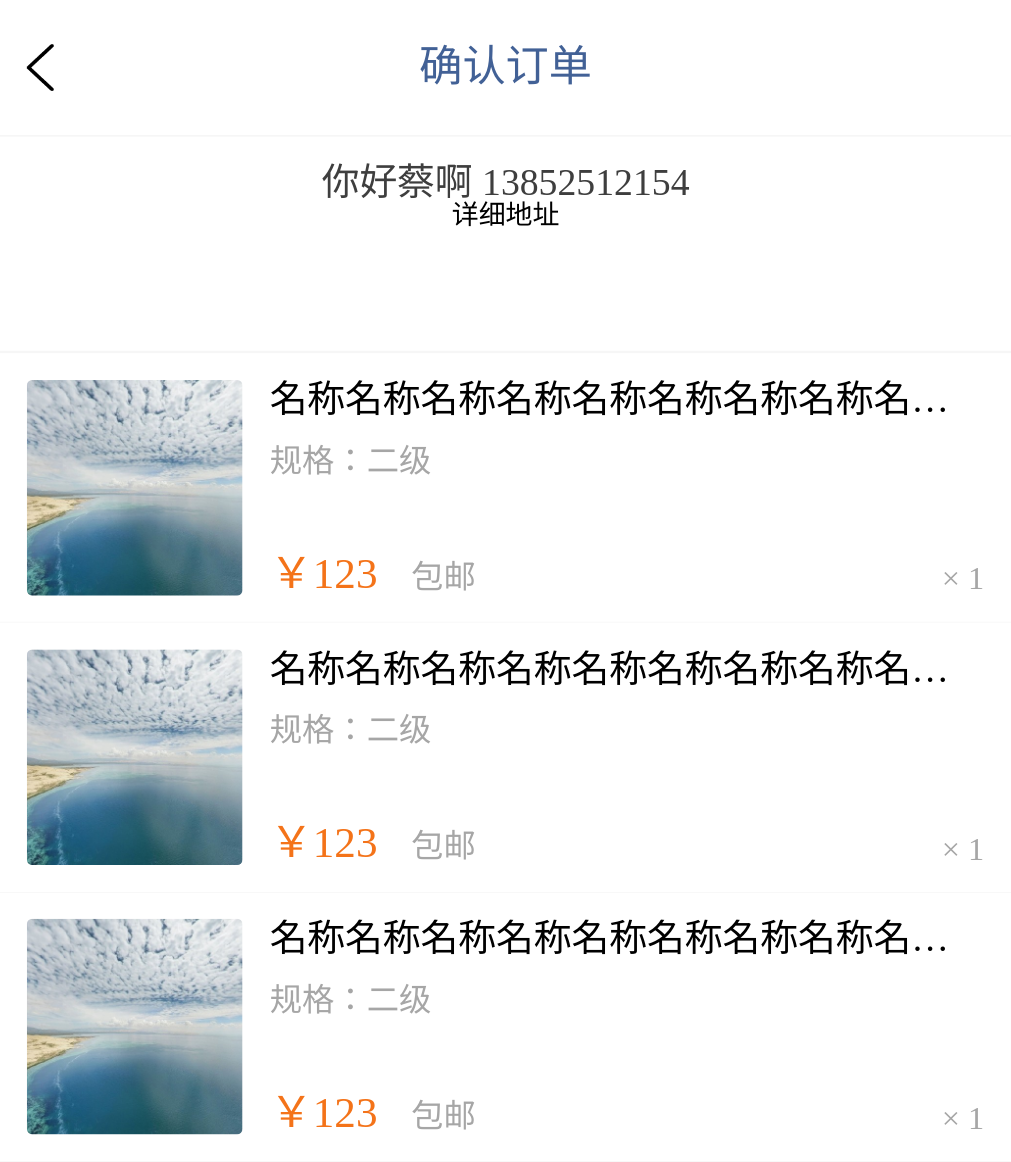
Repository: 421538074/sell
Page: consumer/confirm-order.html
These files come from the project's save history. The page is drawn as it stood at one moment and after the next save; the edit follows.
The browser window is 1280 px wide. The pictures show the whole page, at 79% of full size.

Above is the page before, as saved 2019-05-31 15:55:42.

### consumer/confirm-order.html
<!DOCTYPE html>
<html lang="en">

<head>
    <meta charset="UTF-8">
    <meta name="viewport" content="width=device-width, initial-scale=1.0">
    <meta http-equiv="X-UA-Compatible" content="ie=edge">
    <title>确认订单</title>
    <link rel="stylesheet" href="../css/base.css">
    <link rel="stylesheet" href="css/common.css">
    <link rel="stylesheet" href="css/confirm-order.css">
</head>

<body>
    <div id="app" class="content">
        <nav @click="back" class="nav-bar-wrapper">
            <img src="../img/back.png" class="back-icon">
            <p class="nav-bar-title">确认订单</p>
        </nav>
        <div class="order-user-info">
            <p class="user-contact">
                你好蔡啊 13852512154
            </p>
            <p class="address-detail">
                详细地址
            </p>
        </div>
        <ul class="order-goods-list-wrapper">
            <li v-for="n in 3" class="order-item">
                <img src="../img/1.jpg" class="goods-icon">
                <div class="goods-detail">
                    <p class="goods-title ellipsis">名称名称名称名称名称名称名称名称名称名称名称名称名称名称名称名称</p>
                    <p class="goods-category">规格：二级</p>
                    <p class="goods-price-num">
                        <span class="price">￥123</span>
                        <span class="post">包邮</span>
                        <span class="num">× 1</span>
                    </p>
                </div>
            </li>
        </ul>
    </div>
    <script src="../js/api.js"></script>
    <script src="../js/jquery.min.js"></script>
    <script src="../js/vue.js"></script>
    <script src="js/vue-mixin.js"></script>
    <script src="js/confirm-order.js"></script>
</body>

</html>

### css/base.css
/* http://meyerweb.com/eric/tools/css/reset/
   v2.0 | 20110126
   License: none (public domain)
*/

html,
body,
div,
span,
applet,
object,
iframe,
h1,
h2,
h3,
h4,
h5,
h6,
p,
blockquote,
pre,
a,
abbr,
acronym,
address,
big,
cite,
code,
del,
dfn,
em,
img,
ins,
kbd,
q,
s,
samp,
small,
strike,
strong,
sub,
sup,
tt,
var,
b,
u,
i,
center,
dl,
dt,
dd,
ol,
ul,
li,
fieldset,
form,
label,
legend,
table,
caption,
tbody,
tfoot,
thead,
tr,
th,
td,
article,
aside,
canvas,
details,
embed,
figure,
figcaption,
footer,
header,
hgroup,
menu,
nav,
output,
ruby,
section,
summary,
time,
mark,
audio,
video {
    margin: 0;
    padding: 0;
    border: 0;
    font-size: 100%;
    font: inherit;
    vertical-align: baseline;
}

/* HTML5 display-role reset for older browsers */
article,
aside,
details,
figcaption,
figure,
footer,
header,
hgroup,
menu,
nav,
section {
    display: block;
}

body {
    line-height: 1;
}

ol,
ul {
    list-style: none;
}

blockquote,
q {
    quotes: none;
}

blockquote:before,
blockquote:after,
q:before,
q:after {
    content: '';
    content: none;
}

table {
    border-collapse: collapse;
    border-spacing: 0;
}


body,
html {
    font-size: calc(100vw / 37.5) !important;
    font-family: PingFangSC-Medium;
    background: #F2F2F2;
}


[v-cloak] {
    display: none;
}


hr {
    margin: 0;
    padding: 0;
}

.clearfix {
    zoom: 1;
}

.clearfix:after {
    content: ".";
    display: block;
    visibility: hidden;
    height: 0;
    clear: both;
}

[v-cloak] {
    display: none;
}

### consumer/css/common.css
*{
    box-sizing: border-box;
}
html,body{
    background: #f6f6f6;
}
html,body,div.content{
    height: 100%;
}
/*底部菜单栏*/
nav.tool-bar-wrapper {
    height: 5rem;
    background: #ffffff;
    display: flex;
    align-items: center;
    justify-content: space-around;
}
a.nav-item {
    color: #888888;
    text-decoration: none;
    font-size: 1.5rem;
    display: flex;
    flex-direction: column;
    align-items: center;
    justify-content: space-around;
    height: 90%;
}
a.nav-item.active{
    color: #0093FF;
}
img.nav-item-icon{
    width: 1.5rem;
    height: 1.5rem;
}
.ellipsis{
    overflow: hidden;
    white-space: nowrap;
    text-overflow: ellipsis;
}
/*顶部返回栏 */
nav.nav-bar-wrapper {
    background: #FFFFFF;
    height: 5rem;
    display: flex;
    align-items: center;
    justify-content: space-around;
    position: fixed;
    width: 100%;
    top: 0;
    z-index: 2;
    font-size: 1.6rem;
    color: #426196;
}
img.back-icon {
    position: absolute;
    width: 1rem;
    left: 1rem;
}

### consumer/css/confirm-order.css
div.content{
    padding-top: 5rem;
}
.order-user-info {
    height: 8rem;
    background: #FFFFFF;
    border-top: 2px solid #f6f6f6;
    padding: 1rem;
    display: flex;
    align-items: center;
    justify-content: flex-start;
    flex-direction: column;
}
p.user-contact {
    color: #3E3E3E;
    font-size: 1.4rem;
}
ul.order-goods-list-wrapper {
    margin-top: 0.1rem;
    background: #FFFFFF;
}
img.goods-icon {
    width: 8rem;
    height: 8rem;
    border-radius: 0.2rem;
}
li.order-item {
    height: 10rem;
    display: flex;
    align-items: center;
    padding: 1rem;
    border-bottom: 1px solid #f6f6f6;
}
.goods-detail {
    height: 100%;
    flex: 1;
    width: calc(100% - 8rem);
    padding-left: 1rem;
    position: relative;
}
p.goods-title {
    color: #000000;
    font-size: 1.4rem;
    margin-bottom: 1rem;
}
p.goods-category {
    color: #A6A6A6;
    font-size: 1.2rem;
    margin-bottom: 1rem;
}
p.goods-price-num {
    position: absolute;
    bottom: 0;
    left: 1rem;
    width: calc(100% - 1rem);
}
span.price {
    color: #F47319;
    font-size: 1.6rem;
}
span.post {
    color: #A6A6A6;
    font-size: 1.2rem;
    margin-left: 1rem;
}
span.num {
    position: absolute;
    color: #A6A6A6;
    font-size: 1.2rem;
    bottom: 0;
    right: 0;
}

### js/api.js
function getUrlKey(name) {
    return decodeURIComponent((new RegExp('[?|&]' + name + '=' + '([^&;]+?)(&|#|;|$)').exec(location.href) || [, ""])[1].replace(/\+/g, '%20')) || null;
}


// window.warn = {
//     alert: function alert(msg) {
//         var template = `
// `
//         $('body').append(template);
//         $('.alert-body').animate({
//             top: "40px"
//         }, 200);
//         // setTimeout(function () {
//         //     warn.close();
//         // }, 1500);
//     },
//     close: function close() {
//         $('.alert-body').animate({
//             top: "-280px"
//         }, 200);
//         setTimeout(function () {
//             $('#alert-msg').remove();
//         }, 200);
//     }
// };

### consumer/js/vue-mixin.js
Vue.mixin({
    methods: {
        /**
         * 返回
         */
        back() {
            history.go(-1);
        },
        /**
         * 限制长度
         * @param {String} 要限制长度的字段
         * @param {Number} 长度
         */
        limitLength(key, length) {
            this[key] = this[key].substring(0, length);
        },
        /**
         * 验证11位手机号
         * @param {Number} phone
         */
        validatePhone(phone) {
            const phoneReg = /^[1-9][0-9]{9}[0-9]$/;
            return phoneReg.test(phone);
        },
        /**
         * 发送手机验证码
         * @param {Number} waitTimeKey 等待时间键名
         * @param {String} tipsKey 发送验证码显示的信息的键名
         * @param {String} phoneKey 手机号键名
         * @param {String} reSendMsg  按钮默认显示的文字
         */
        sendCode(waitTimeKey, tipsKey, phoneKey, defaultMsg) {
            if (!this.validatePhone(this[phoneKey])) {
                alert('无效手机号!');
                return;
            }
            if (this[waitTimeKey] == 60) {
                $.post('', {
                        phone: this[phoneKey]
                    }, (res) => {
                        if (res.status == 1) {
                            const interval = setInterval(() => {
                                if (this[waitTimeKey] == 1) {
                                    this[waitTimeKey] = 60;
                                    this[tipsKey] = defaultMsg;
                                    clearInterval(interval);
                                    return;
                                }
                                this[waitTimeKey] -= 1;
                                this[tipsKey] = `${this[waitTimeKey]}s`;
                            }, 1000);
                        } else {
                            alert('发送失败!');
                        }
                    }, 'json')
                    .fail(err => {
                        alert('服务器异常!');
                    });
            }
        },
        /**
         * 链接跳转
         * @param {String} url
         */
        linkTo(url) {
            window.location.href = url;
        }
    },
    filters: {

    }
})

### consumer/js/confirm-order.js
new Vue({
    el:'#app'
});

Loaded but not shown: js/jquery.min.js (library); js/vue.js (library)

After the next save:
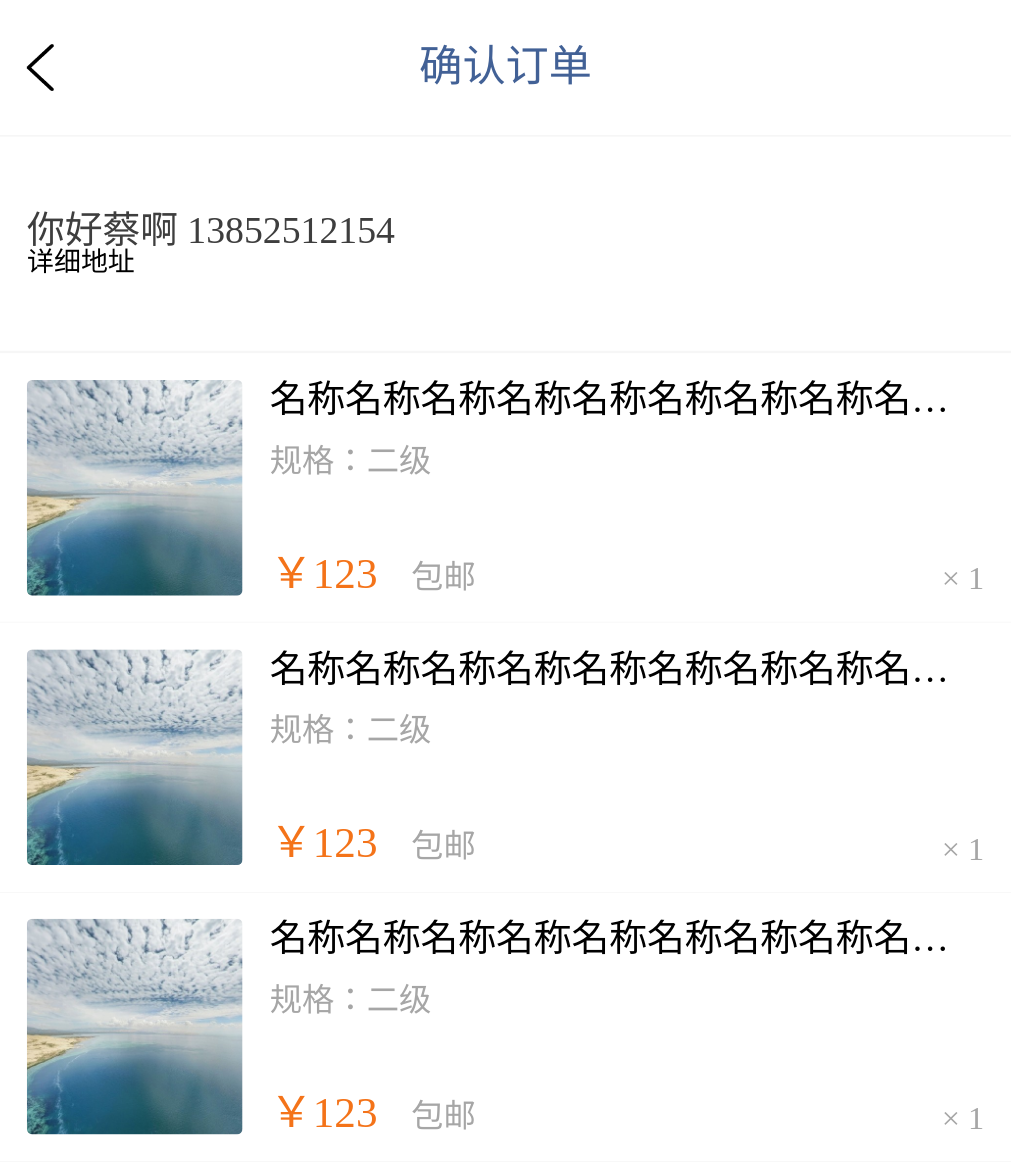
Saved 16 s later.
--- a/consumer/css/confirm-order.css
+++ b/consumer/css/confirm-order.css
@@ -7,8 +7,7 @@ div.content{
     border-top: 2px solid #f6f6f6;
     padding: 1rem;
     display: flex;
-    align-items: center;
-    justify-content: flex-start;
+    justify-content: center;
     flex-direction: column;
 }
 p.user-contact {
